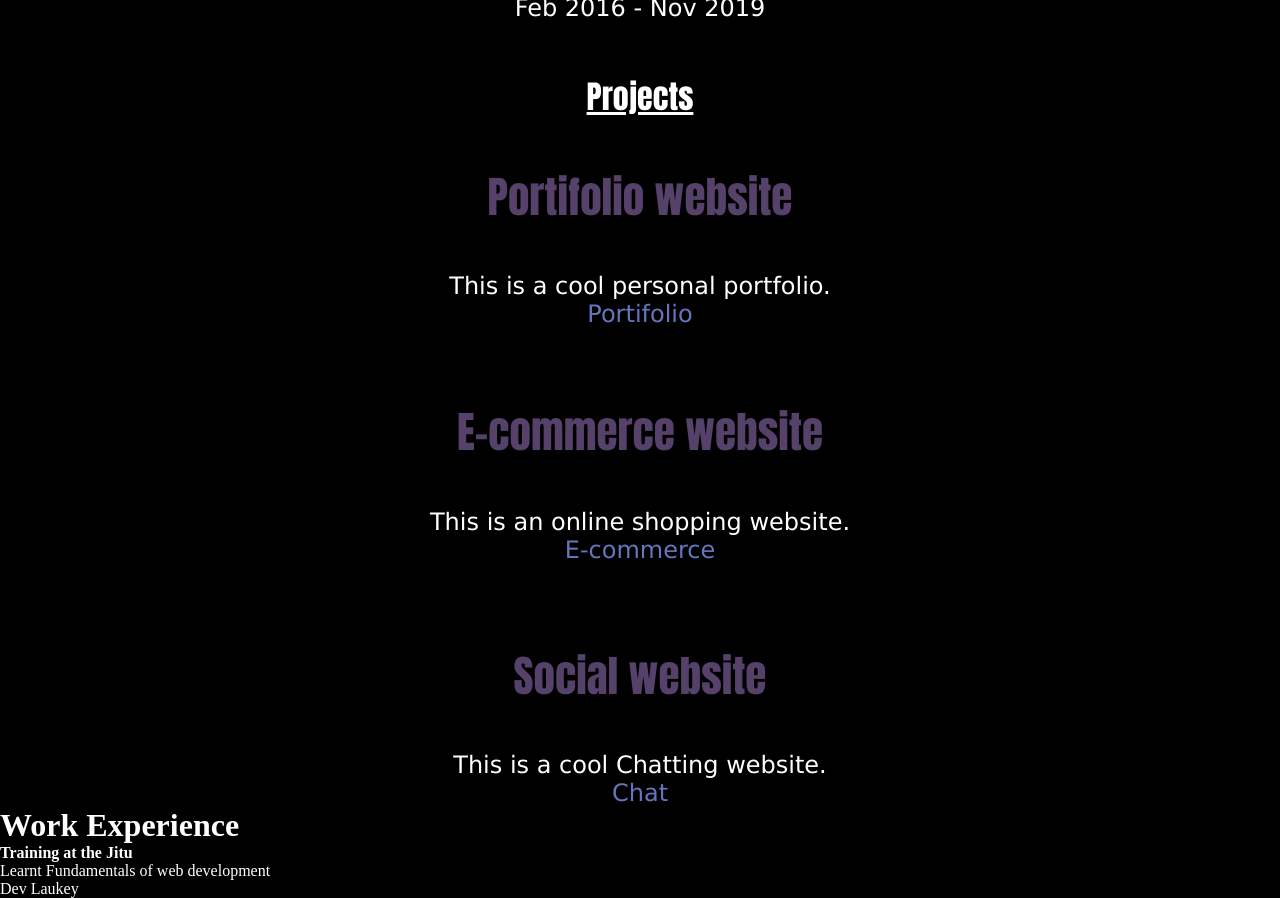
Repository: LaukeyMwaura/Jitu-Day-2
Page: index.html
An editor plug-in stored every save of this project. The page is shown before and after the next save, followed by the edit.
The browser window is 1280 px wide. The pictures show the part of the page from y = 1382 to 2334 px (the page is 2280 px tall before and 2334 px after).
A picture or video elsewhere on the page could not be fetched, so the positions and the page height are approximate.

Above is the page before, as saved 2022-05-12 00:39:26.

After the next save:
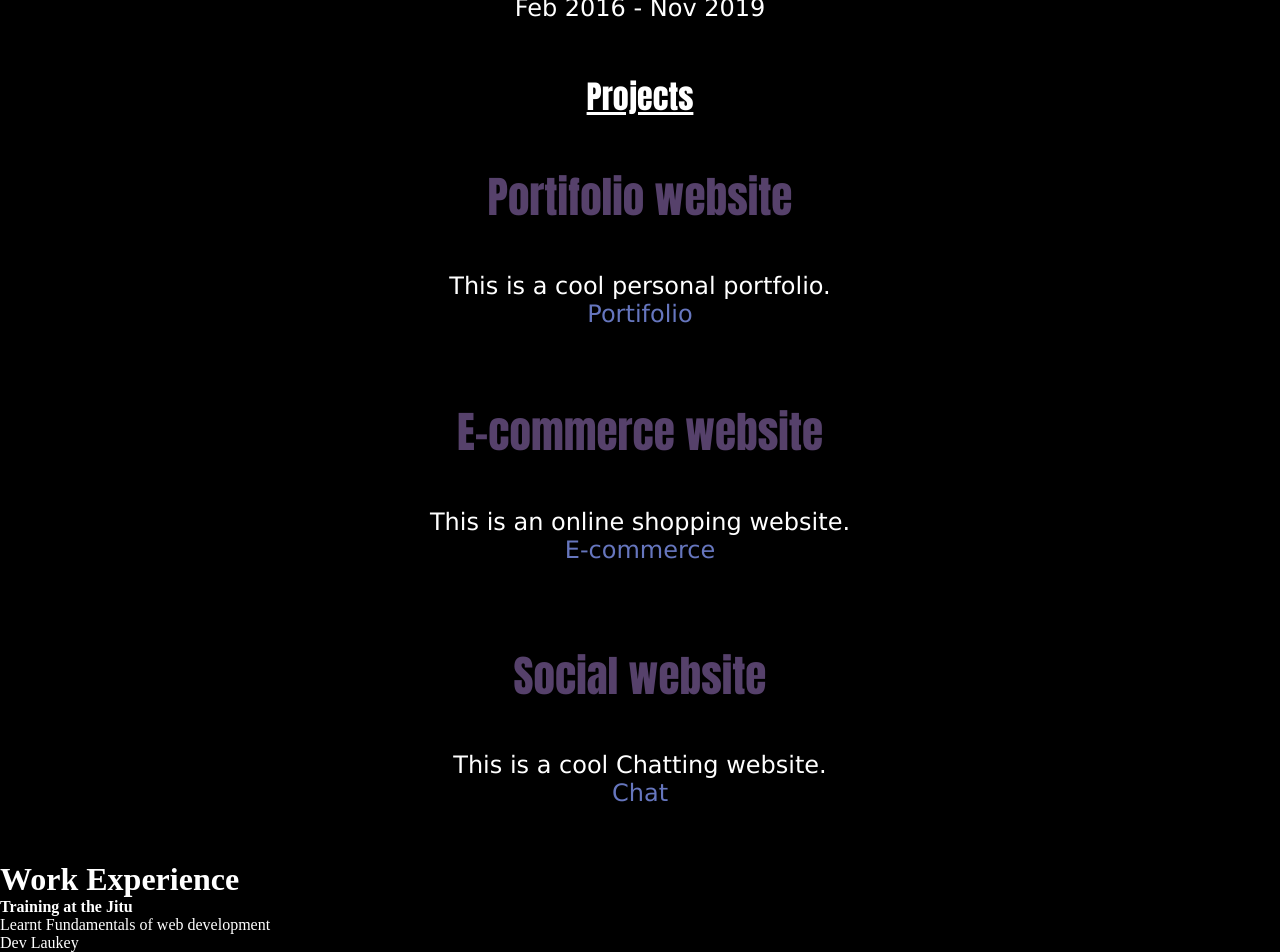
Saved 9 s later.
--- a/index.html
+++ b/index.html
@@ -92,6 +92,7 @@
         <p>This is a cool Chatting website.</p>
         <a href="https://messenger-clone-70550.web.app/">Chat</a>
       </div>
+      <br><br><br>
     </div>
     <div id="work" class="work">
       <h1>Work Experience</h1>
